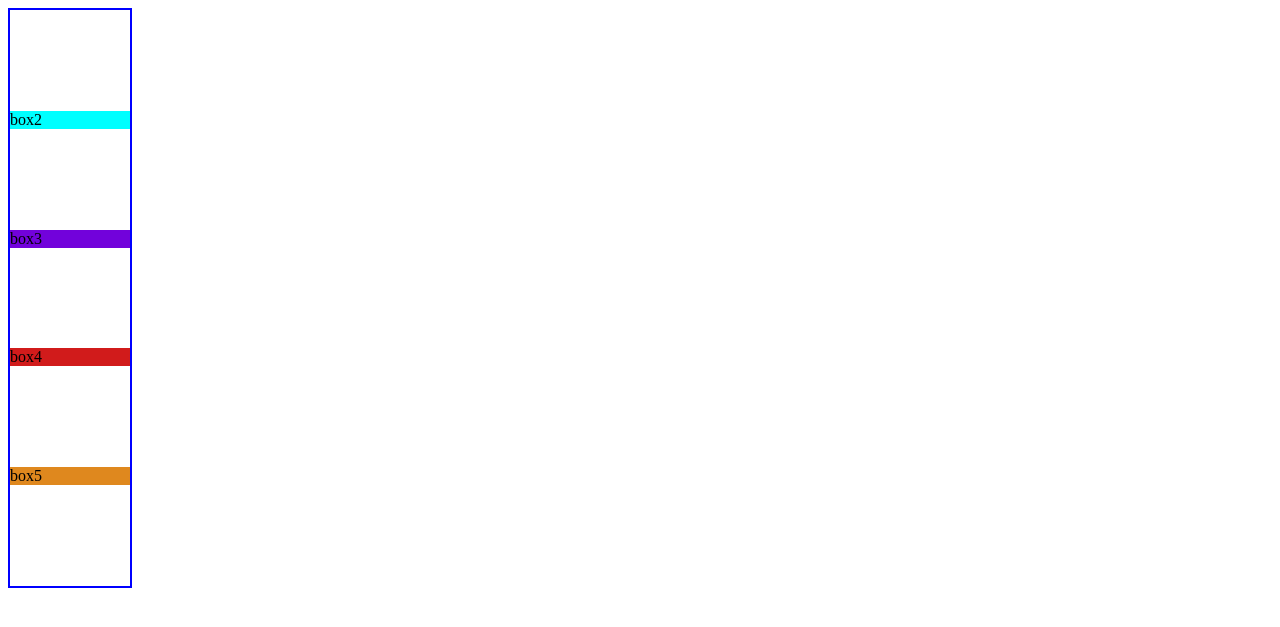
Repository: ABDUSALIMSUBAHIELBASHI/full-html-css-js
Page: Desktop/coding/css/indexday2.html
The author's editor kept a copy of each file at every save. The page is drawn from the files as they stood at one save, then again after the next save.
The browser window is 1280 px wide. The pictures show the whole page.

Above is the page before, as saved 2025-09-16 10:45:05.

After the next save:
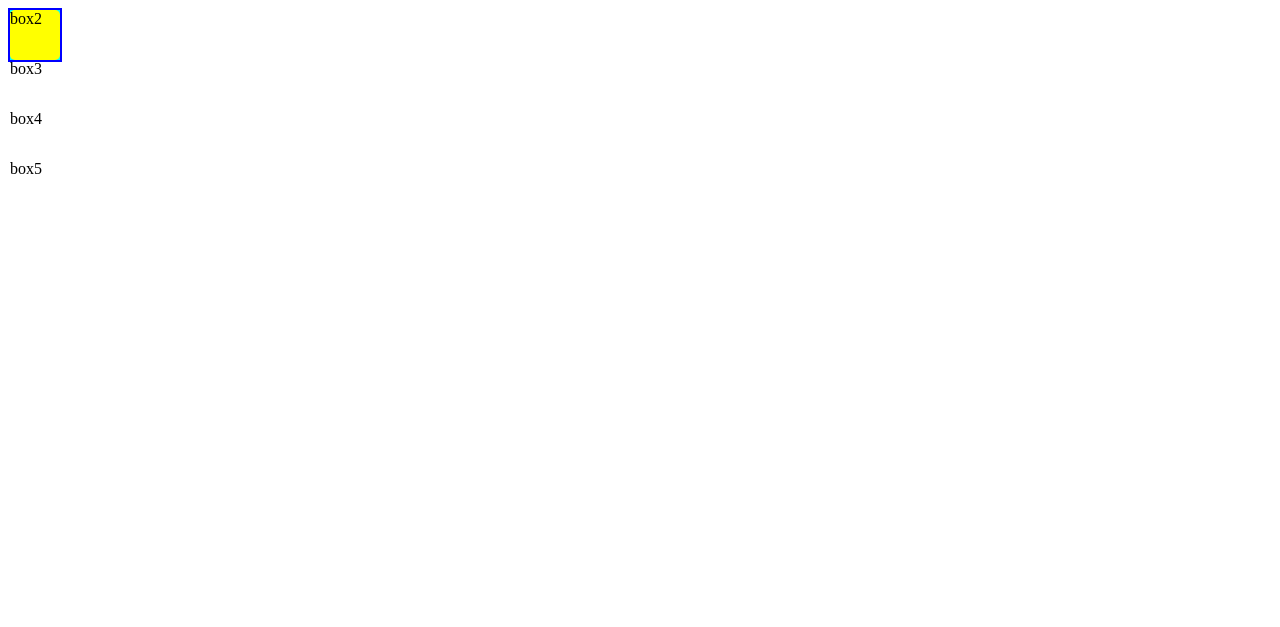
Saved 2 min 53 s later.
--- a/Desktop/coding/css/indexday2.css
+++ b/Desktop/coding/css/indexday2.css
@@ -1,25 +1,19 @@
 .container{
     display: flex;
-    /* gap: 20px; */
-    justify-content:space-evenly;
+    flex-wrap: wrap;
+    background-color: aqua;
+    border: 2px solid blue;
+    justify-content: space-evenly;
     justify-items: center;
-    height: 80vh;
-    flex-direction: column;
-    border: 2px solid blue;
+    height: 50vh;
 }
 #box{
-    width: 120px;
-
+    width: 50px;
+    height: 50px;
 }
 .box2{
-    background-color: rgb(0, 255, 255);
+    background-color: yellow;
+    width: 50px;
+    height: 20px;
+    border-radius: 5px;
 }
-.box3{
-    background-color: rgb(114, 2, 219);
-}
-.box4{
-    background-color: #d11b1b;
-}
-.box5{
-    background-color: rgb(223, 136, 30);
-}
